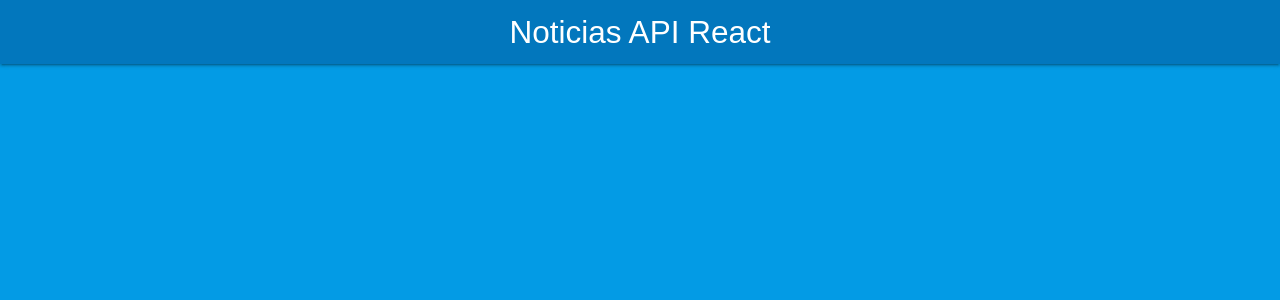
Repository: ppfeliuu/News-API-React
Page: /
These files come from the project's save history. The page is drawn as it stood at one moment and after the next save; the edit follows.
The browser window is 1280 px wide. The pictures show the whole page.
The page's requests for data from a server got no answer. The project was rebuilt for these pictures with package versions that can differ from the ones it lists, and the page was loaded fresh each time. No one was signed in, and anything a server would have sent is missing.

Above is the page before, as saved 2019-06-18 14:45:07.

After the next save:
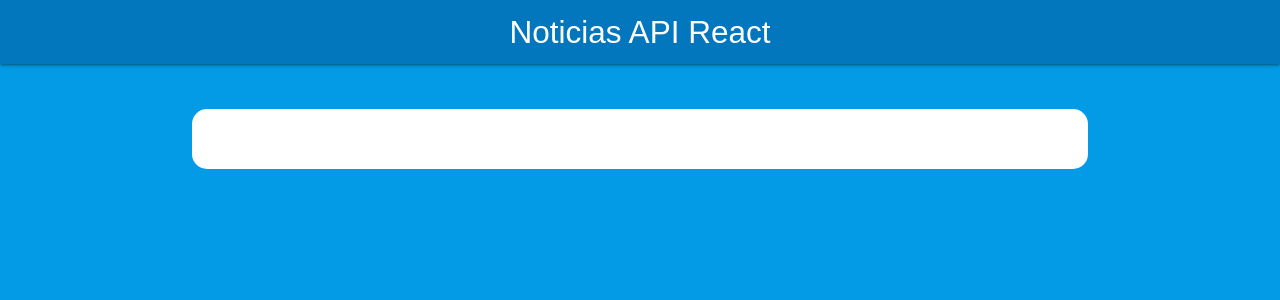
Saved 80 s later.
--- a/src/App.js
+++ b/src/App.js
@@ -25,6 +25,9 @@ class App extends Component {
     return (
       <Fragment>
         <Header titulo="Noticias API React"/>
+        <div className="container white contenedor-noticias">
+
+        </div>
       </Fragment>
     );
   }
